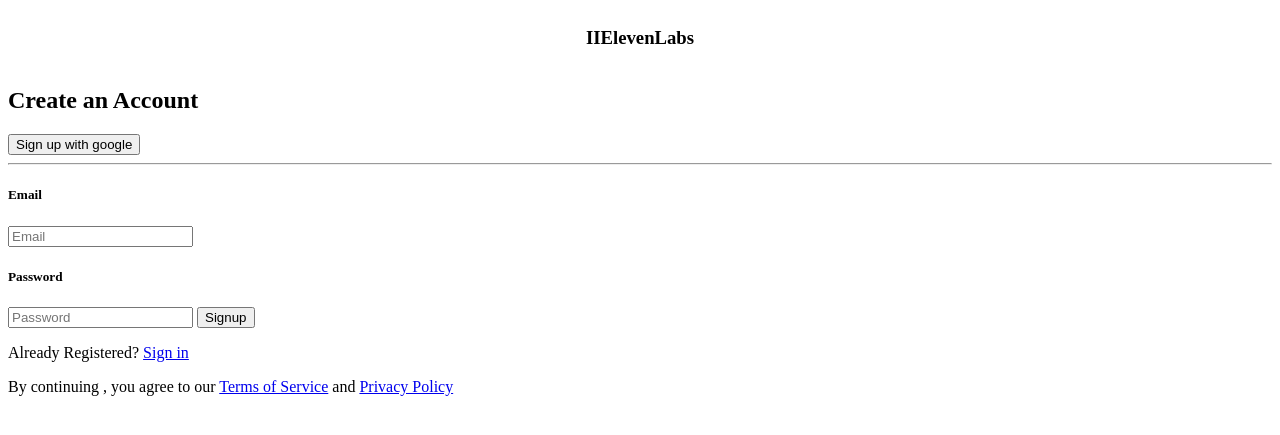
Repository: RohanSai22/harkirat-cohort-learnings
Page: Web/w1_a.html
The author's editor kept a copy of each file at every save. The page is drawn from the files as they stood at one save, then again after the next save.
The browser window is 1280 px wide. The pictures show the whole page.

Above is the page before, as saved 2026-03-24 10:04:52.

After the next save:
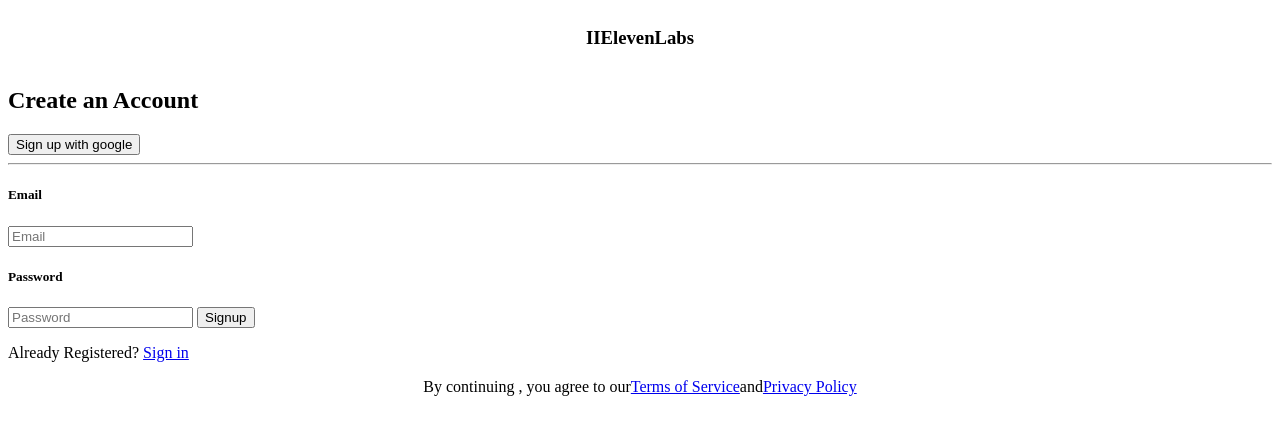
Saved 31 s later.
--- a/Web/w1_a.html
+++ b/Web/w1_a.html
@@ -21,7 +21,7 @@
                     <a href="https://www.gmail.com">Sign in</a>
                 </p>
             </div>
-            <div>
+            <div style="display:flex; justify-content: center;">
                 By continuing , you agree to our <a href="https://www.google.com/terms-and-conditions">Terms of Service</a> and <a href="https://www.google.com/privacy-policy">Privacy Policy</a>
             </div>
         </div>
